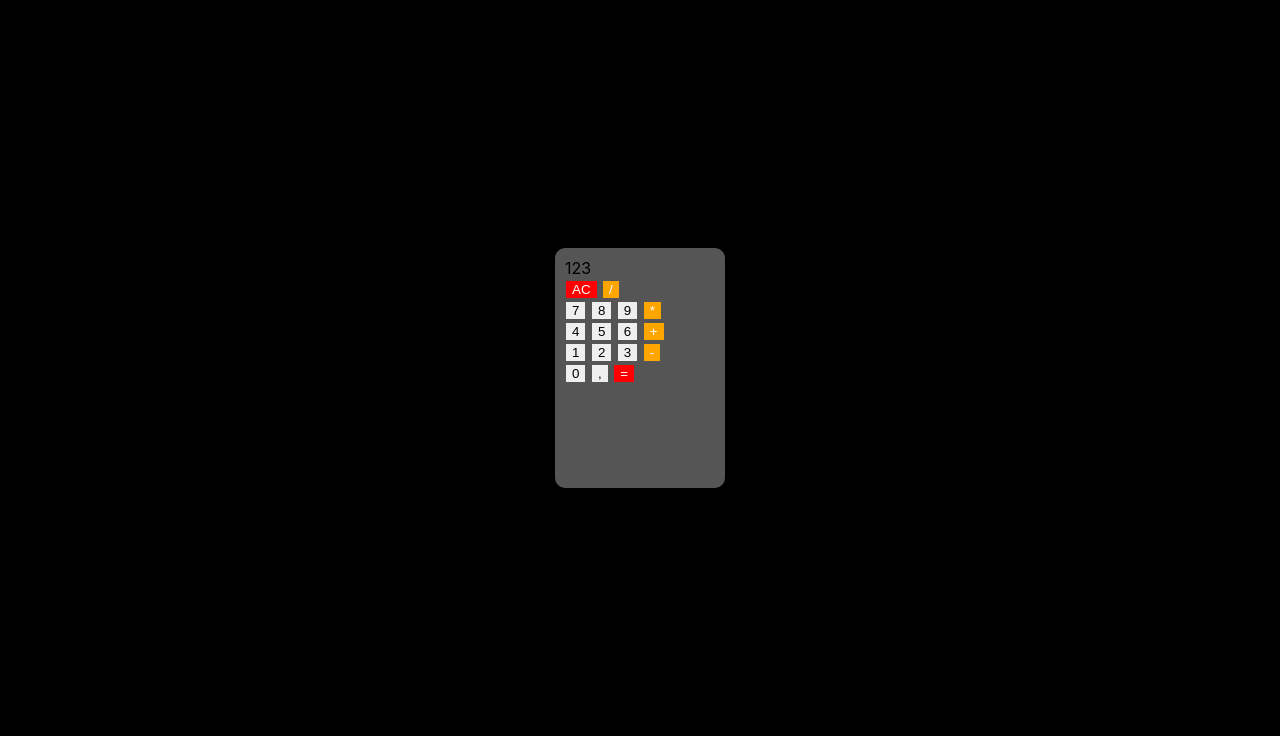
Repository: andersonxoliveira/Aplicacao_Calculadora
Page: /
An editor plug-in stored every save of this project. The page is shown before and after the next save, followed by the edit.
The browser window is 1280 px wide. The pictures show the whole page.
The project was rebuilt for these pictures with package versions that can differ from the ones it lists, and the page was loaded fresh each time. Also part of the build but not shown: svelte.config.js, vite.config.ts.

Above is the page before, as saved 2022-06-26 18:19:08.

### src/App.svelte
<script lang="ts">
import Calculadora from "./components/Calculadora.svelte";


</script>

<main>
        <Calculadora />
</main>

<style>
:global(body) {
  background-color: black;
}

  :root {
    --cor-fundo: #555 ;
    font-family: -apple-system, BlinkMacSystemFont, 'Segoe UI', Roboto, Oxygen,
      Ubuntu, Cantarell, 'Open Sans', 'Helvetica Neue', sans-serif;
  }

  main {
   display: flex;
   justify-content: center;
   align-items: center;
   height:  100vh;
  }

</style>

### src/components/Calculadora.svelte
<script lang="ts">
import Botao from "./Botao.svelte";
import Display from "./Display.svelte";
import Linha from "./Linha.svelte";

</script>
<div class="calculadora">
 <Display valor="123"/>
  <Linha >
    <Botao destaque triplo texto="AC"/>
    <Botao operacao texto="/"/>
</Linha>
  <Linha >
             <Botao texto="7"/>
             <Botao texto="8"/>
              <Botao texto="9"/>
              <Botao operacao texto="*"/>
      </Linha>
      <Linha >
        <Botao texto="4"/>
        <Botao texto="5"/>
         <Botao texto="6"/>
         <Botao operacao texto="+"/>
 </Linha>
 <Linha >
  <Botao texto="1"/>
  <Botao texto="2"/>
   <Botao texto="3"/>
   <Botao operacao texto="-"/>
</Linha>
<Linha >
  <Botao duplo texto="0"/>
  <Botao texto=","/>
   <Botao destaque texto="="/>
  </Linha>
</div>

<style>
      .calculadora {
        background-color: var(--cor-fundo);
        height:  220px;
        width:  150px;
        padding:  10px;
        border-radius:  10px;

        display: flex;
        flex-direction:  column;
      }
</style>

### src/components/Botao.svelte
<script lang="ts">
      export let texto: string
      export let triplo: boolean = false
      export let duplo: boolean = false
      export let operacao: boolean = false
      export let destaque: boolean = false
</script>

<button class= "botao"
class:triplo class:duplo class:operacao class:destaque>
{texto}
</button>

<style>
        .botao {
            margin:  0;
            border:  1px solid var(--cor-fundo);
              flex-basis:  25%;
        }

          .triplo {
            flex-basis:  75%;
          }

          .duplo {
            flex-basis:  50%;
          }

          .operacao {
           background-color: orange;
           color: white;
          }

          .destaque {
            background-color: red;
            color: white;
          }
</style>

### src/components/Display.svelte
<script lang="ts">
      export let valor: string
</script>

<div class="tela">
        <span>{valor}</span>
</div>

<style>
  .tela {
    display: flex;
  }
</style>

### src/components/Linha.svelte
<div class="linha">
        <slot />
</div>

<style>
      .linha {
        display: felx;
      }
</style>

Loaded but not shown: index.html (common file); src/main.ts (common file)

After the next save:
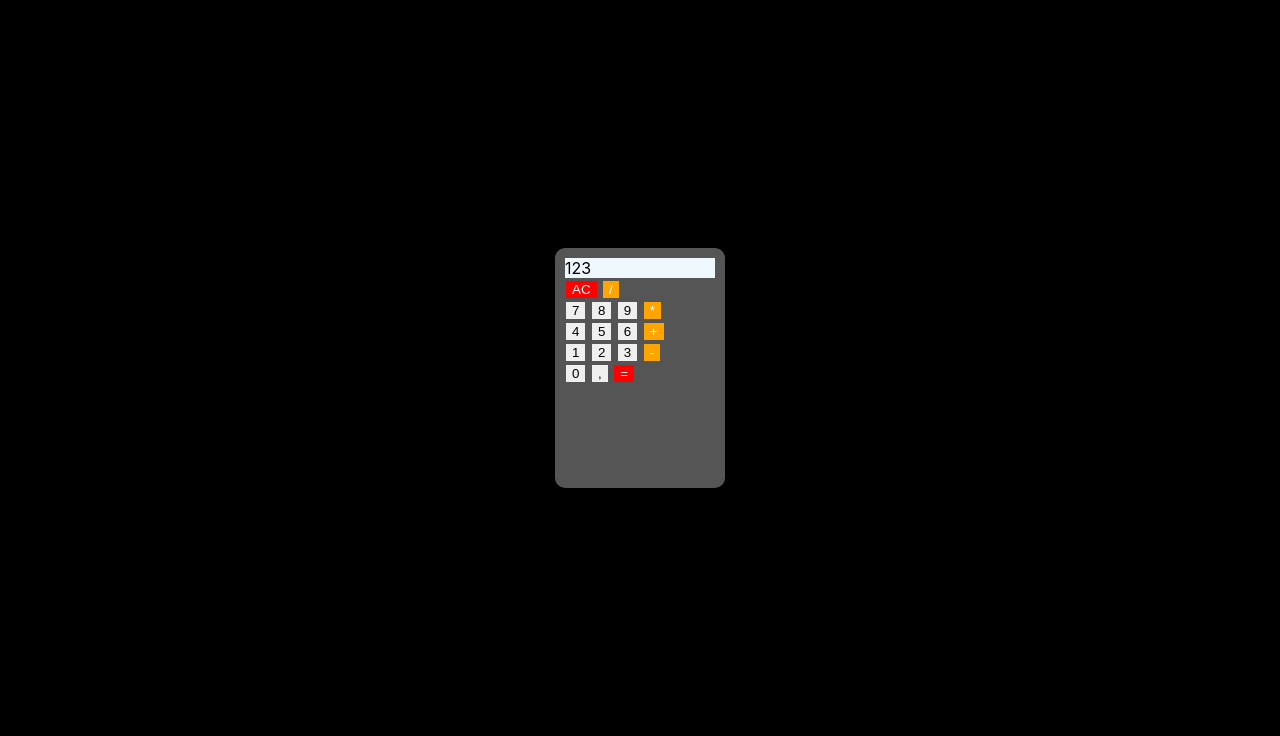
Saved 27 s later.
--- a/src/components/Display.svelte
+++ b/src/components/Display.svelte
@@ -9,5 +9,6 @@
 <style>
   .tela {
     display: flex;
+    background-color: aliceblue;
   }
 </style>
